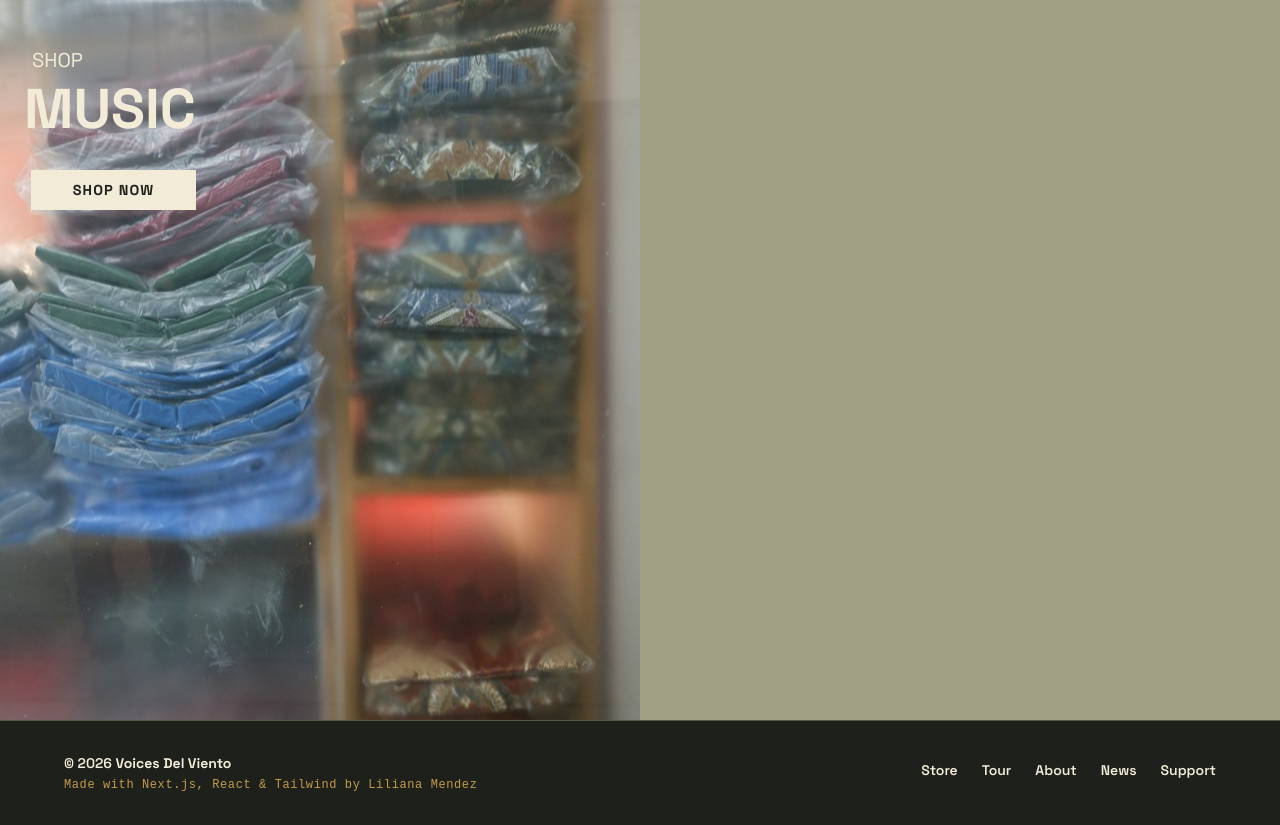
Repository: lime929/voices-del-viento
Page: /
An editor plug-in stored every save of this project. The page is shown before and after a run of saves, followed by the edit.
The browser window is 1280 px wide. The pictures show the part of the page from y = 601 to 1426 px (the page is 1426 px tall).
The project was rebuilt for these pictures with package versions that can differ from the ones it lists, and the page was loaded fresh each time. The framework's server and built-in components were replaced by stand-ins that run in the browser. Also part of the build but not shown: next.config.mjs.

Above is the page before, as saved 2026-09-27 16:02:23.

After the next 2 saves:
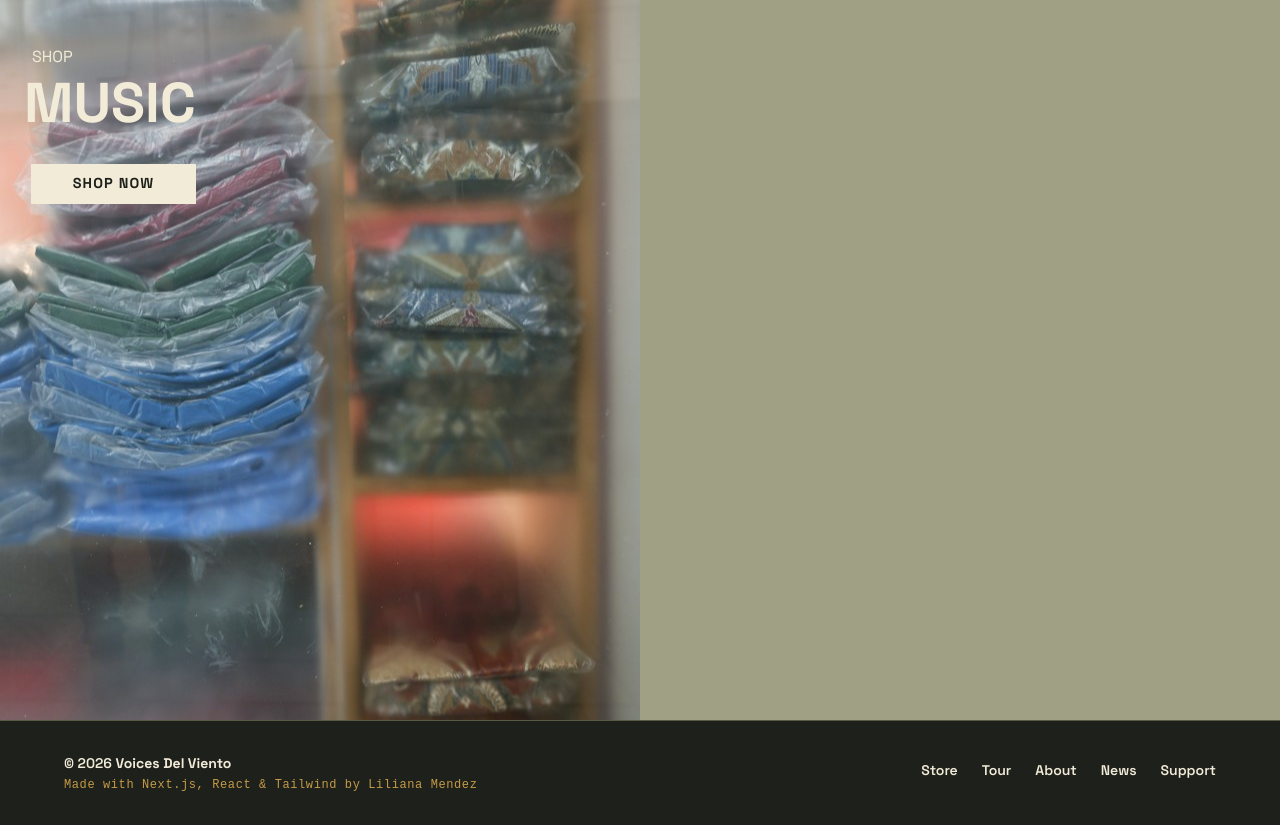
The 2 saves are shown as one change because they came seconds apart.
The last was saved 13 s later.
--- a/app/page.module.css
+++ b/app/page.module.css
@@ -113,6 +113,7 @@
   line-height: 1.6;
   color: var(--color-band-cream);
   text-transform: uppercase;
+  font-size: 1rem;
 }
 .gridCard h2 {
   margin: 0;
